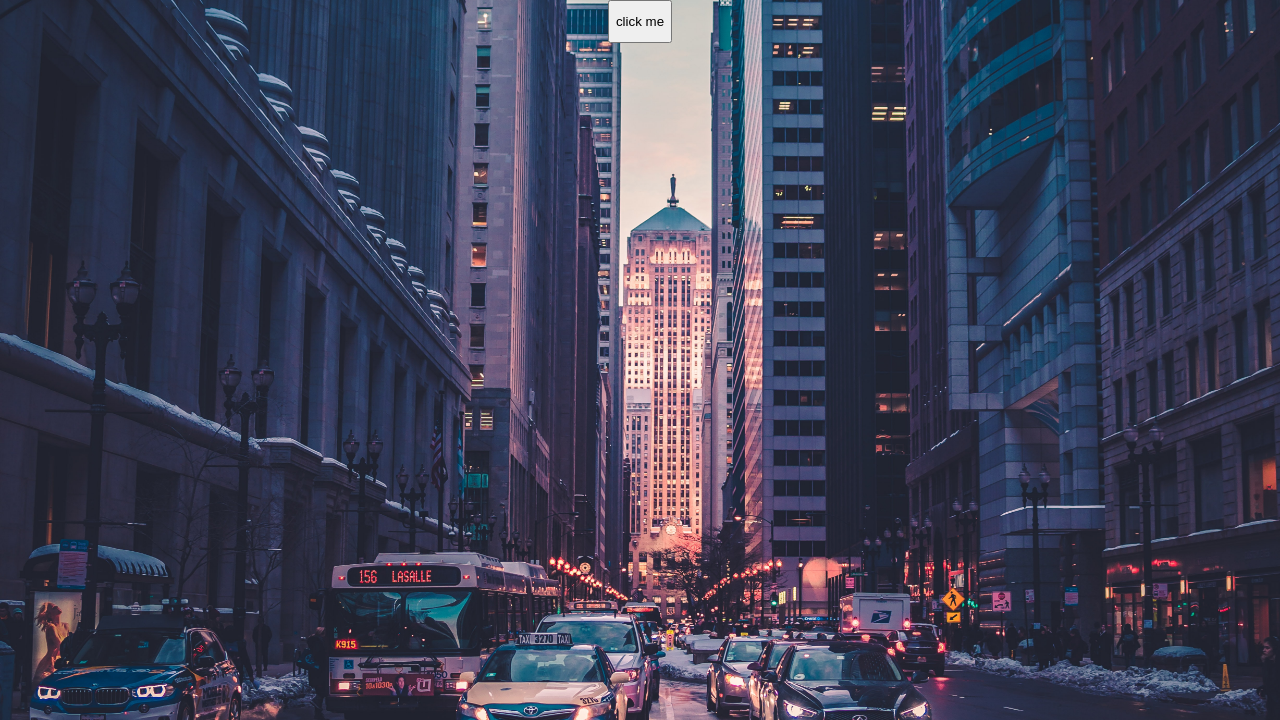
Repository: lamilekan263/random_advice
Page: /
The author's editor kept a copy of each file at every save. The page is drawn from the files as they stood at one save, then again after the next save.
The browser window is 1280 px wide. The pictures show the whole page.
The page's requests for data from a server got no answer. The project was rebuilt for these pictures with package versions that can differ from the ones it lists, and the page was loaded fresh each time. No one was signed in, and anything a server would have sent is missing.

Above is the page before, as saved 2020-08-10 14:13:18.

### src/App.js
import React from 'react';
import './App.css';
import axios from 'axios'

class App extends React.Component{

  state = {
    advice : ''
  }
 componentDidMount(){
    this.getAdvice()
  }

  getAdvice = ()=>{
    axios.get('https://api.adviceslip.com/advice')
    .then((response) =>{
      const { advice } = response.data.slip;
      console.log(advice)
      this.setState({ advice })
    })

  }

  render(){
    return(
      <div className="app">
        <h1> {this.state.advice}</h1>

        <button onClick = {this.getAdvice}>click me</button>
      </div>
    )
  }
}


export default App

### src/App.css
body{
  margin:0;
  padding: 0;
  background-image: url('./bg.jpg');
  background-size: cover;
  background-repeat: no-repeat;
  height:100vh;
  background-position: center;
}

.app{
  display:flex;
  justify-content: center;
  align
}

Loaded but not shown: public/index.html (common file); src/index.js (common file); src/index.css (common file); src/serviceWorker.js (common file)

After the next save:
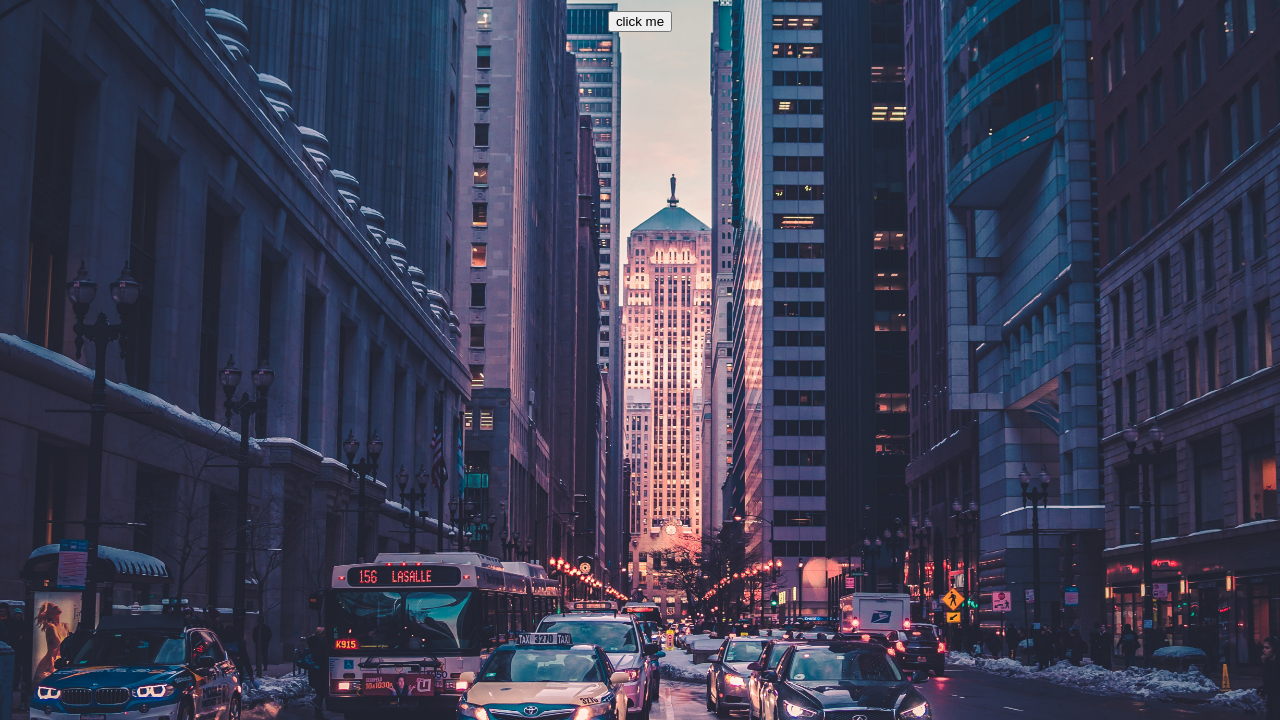
Saved 4 s later.
--- a/src/App.css
+++ b/src/App.css
@@ -11,5 +11,5 @@ body{
 .app{
   display:flex;
   justify-content: center;
-  align
+  align-items: center;
 }
